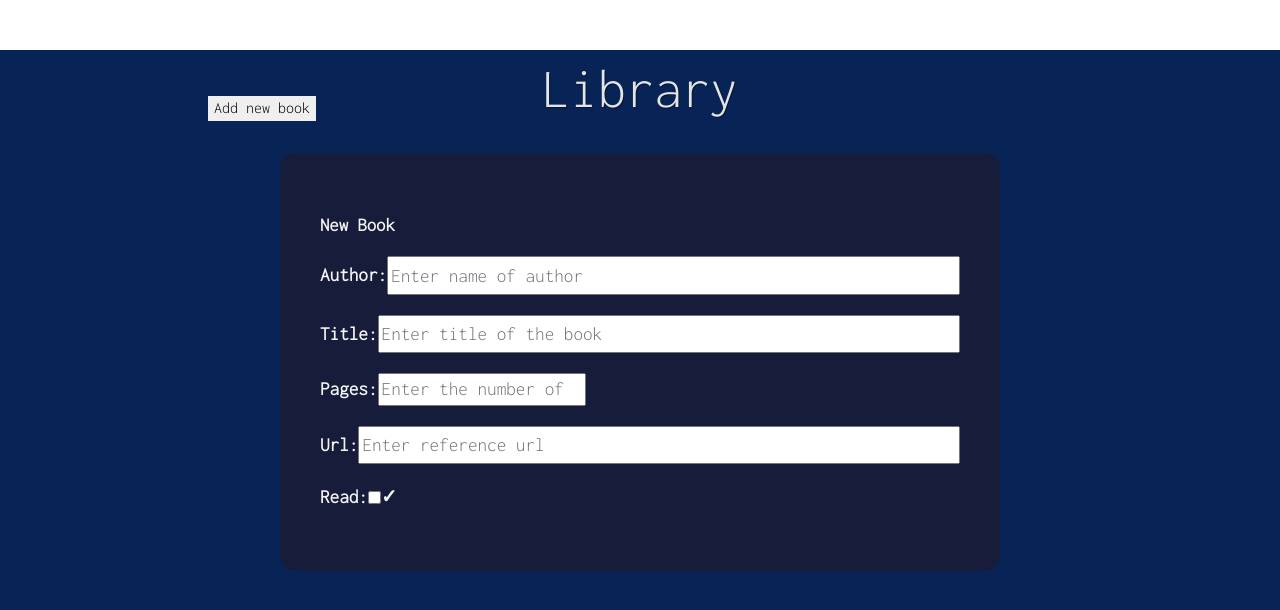
Repository: 0101chaitanya/Library
Page: index.html
These files come from the project's save history. The page is drawn as it stood at one moment and after a run of saves; the edit follows.
The browser window is 1280 px wide. The pictures show the whole page.

Above is the page before, as saved 2021-06-03 18:28:36.

### index.html
<!DOCTYPE html>
<html>

<head>
    <meta charset="UTF-8">
    <link rel="stylesheet" type="text/css" href="styles.css">

</head>
<div id="container">

</div>

<body>
    <script type="text/javascript" src="script.js"></script>

</body>

</html>

### styles.css
  @import url('https://fonts.googleapis.com/css2?family=Inconsolata:wght@300&display=swap');
   :root {
      --color-white: #f3f3f3;
      --color-darkblue-alpha: rgba(27, 27, 50, 0.8);
      --color-green: #082457;
  }

  *,
  *::before,
  *::after {
      box-sizing: border-box;
  }

  body {
      font-family: 'Inconsolata', monospace;
      font-size: 1rem;
      font-weight: 1000;
      line-height: 1.4;
      color: var(--color-white);
      margin: 0;
  }

  body::before {
      content: '';
      position: fixed;
      height: 100%;
      width: 100%;
      z-index: -1;
      background: var(--color-green);
  }

  header {
      font-weight: 400;
      font-size: 3.5rem;
      margin-top: 0rem;
      text-shadow: 1px 1px 1px rgba(0, 0, 0, 0.4);
      color: #e4e4e4;
      text-align: center;
  }

  label {
      display: flex;
      align-items: center;
      font-size: 1.2rem;
  }

  input,
  button {
      margin: 0;
      font-size: inherit;
      font-family: inherit;
      line-height: inherit;
  }

  button {
      border: none;
  }

  #container {
      width: 100%;
      margin: 3.125rem auto 0 auto;
  }

  @media (min-width: 576px) {
      #container {
          max-width: 540px;
      }
  }

  @media (min-width: 768px) {
      #container {
          max-width: 720px;
      }
  }
  /*
  @media (max-width: 400px) {
       :root {
          font-size: 7px;
      }
  }

  @media (min-width: 401px) and (max-width: 799px) {
       :root {
          font-size: 16px;
      }
  }

  @media (min-width: 800px) {
       :root {
          font-size: 24px;
      }
  }

  @media (min-width: 1000px) {
       :root {
          font-size: 26px;
      }
  }
   */

  #newBookButton {
      position: relative;
      left: 20%;
      top: -2rem;
      left: -4.5rem;
  }

  form {
      background: var(--color-darkblue-alpha);
      padding: 2.5rem 6.25rem;
      border-radius: 1rem;
  }

  @media (min-width:480px) {
      form {
          padding: 2.5rem;
      }
  }

  .formGroup {
      margin: 0 auto 1.25rem auto;
  }

  .textBox {
      display: block;
      width: 60rem;
      height: 2.4rem;
  }
  /*
  h3 {
      position: relative;
      margin-left: 0;
      top: -1rem;
      color: rgb(18, 156, 236);
  }

  #author {
      position: relative;
      margin-bottom: 0.2rem;
      top: -1.5rem;
      left: -0.3rem;
      max-width: fit-content;
  }

  #title,
  #pages {
      position: relative;
      margin-bottom: 0.2rem;
      max-width: auto;
      top: -1.5rem;
  }

  #url {
      position: relative;
      margin-bottom: 0.2rem;
      left: 0.8rem;
      max-width: auto;
      top: -1.5rem;
  }

  #read {
      position: relative;
      margin-bottom: 0.2rem;
      right: 5.0rem;
      top: -1.5rem;
      margin-bottom: -1rem;
  }

  #authorInput {
      position: relative;
      right: -0.70rem;
      max-width: 58.0%;
  }

  #titleInput,
  #pagesInput {
      position: relative;
      right: -0.7rem;
      max-width: 60%;
  }

  #urlInput {
      position: relative;
      right: -0.7rem;
      max-width: 65.5%;
  }

  #readInput {
      position: relative;
      right: -0.5rem;
      margin-bottom: 0.4rem;
  }

  .checkMark {
      position: relative;
      display: inline-flex;
      justify-content: center;
      align-items: center;
      left: -0.5rem;
      height: 0.9rem;
      width: 0.9rem;
      border-color: black;
      border-style: solid;
      border-width: 0.01rem;
      color: rgb(241, 232, 237);
      background: rgb(241, 232, 237);
  }

  #readInput:checked~.checkMark {
      color: rgb(26, 28, 43);
      background: rgb(235, 225, 230);
  } */

### script.js
let heading = document.createElement("header");
heading.textContent = 'Library';
container = document.getElementById("container");
container.appendChild(heading);
let newBook = document.createElement('button');
newBook.id = 'newBookButton';
newBook.textContent = 'Add new book';
container.appendChild(newBook);
let form = document.createElement('form');
h3 = document.createElement('h3');
form.appendChild(h3);

function createElmt(labelName, labelId, tipe, labelTextContent, inputId, inpId, req, place, checkMk) {
    formGroup = document.createElement('div');
    formGroup.classList.add('formGroup');
    labelName = document.createElement('label');
    labelName.textContent = labelTextContent;
    labelName.id = labelId;
    labelName.htmlFor = inputId;
    inputId = document.createElement('input');
    inputId.type = tipe;
    inputId.id = inpId;
    inputId.required = req;
    inputId.placeholder = place;
    if (inputId.type == 'text') {
        inputId.classList.add('textBox');
    }
    labelName.appendChild(inputId);
    if (checkMk == 'read') {
        let span = document.createElement('span');
        span.className = 'checkMark';
        span.innerHTML = '&#10003';


        labelName.appendChild(span);
    }
    formGroup.appendChild(labelName);

    form.appendChild(formGroup);
}
h3.textContent = `New Book`;
createElmt('author', 'author', 'text', 'Author:', 'authorInput', 'authorInput', true, 'Enter name of author');
createElmt('title', 'title', 'text', 'Title:', 'titleInput', 'titleInput', true, 'Enter title of the book');
createElmt('pages', 'pages', 'number', 'Pages:', 'pagesInput', 'pagesInput', true, 'Enter the number of pages');
createElmt('url', 'url', 'text', 'Url:', 'urlInput', 'urlInput', false, 'Enter reference url');

createElmt('read', 'read', 'checkbox', 'Read:', 'readInput', 'readInput', false, null, 'read');
console.log('author'.id);

container.appendChild(form);
/*
let author = document.createElement('label');
author.textContent = 'Author :';
author.htmlFor = 'authorInput';
let authorInput = document.createElement('input');
authorInput.id = 'authorInput';
author.appendChild(authorInput);
document.body.appendChild(author);
 */


function setBookObj(author, title, pages, readStatus, refUrl) {
    this.author = author;
    this.title = title;
    this.pages = pages;
    this.readStatus = readStatus;
    this.refUrl = refUrl;
}

After the next 2 saves:
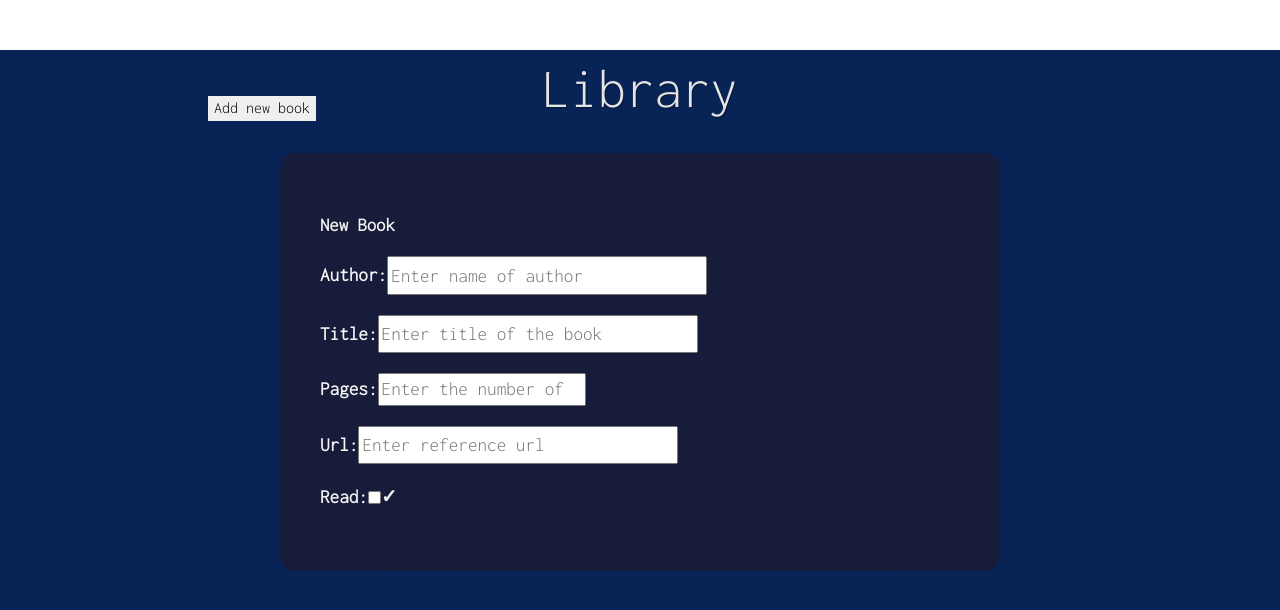
The 2 saves are shown as one change because they came seconds apart.
The last was saved 7 s later.
--- a/styles.css
+++ b/styles.css
@@ -123,7 +123,7 @@
 
   .textBox {
       display: block;
-      width: 60rem;
+      width: 20rem;
       height: 2.4rem;
   }
   /*
